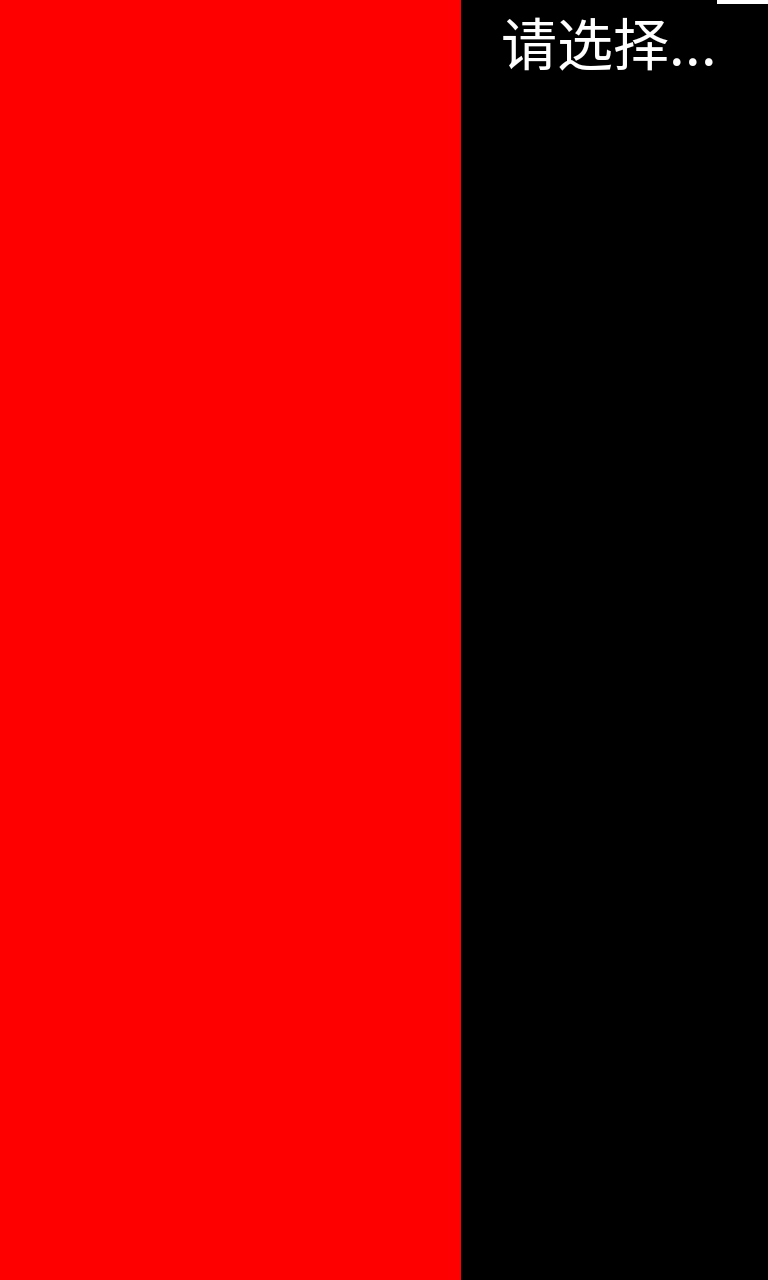
Repository: hhxiaojQCS/QCS_ListView
Layout: QCS/res/layout/activity_filter.xml
An editor plug-in stored every save of this project. The layout is shown before and after the next save, followed by the edit.
It is drawn on a 768 x 1280 px phone screen (xhdpi) without system bars, with theme AppTheme; the app's code is not run. Lists and similar views that code fills are empty.

Above is the layout before, as saved 2013-08-07 08:03:37.

### QCS/res/layout/activity_filter.xml
<?xml version="1.0" encoding="utf-8"?>
<LinearLayout xmlns:android="http://schemas.android.com/apk/res/android"
    android:id="@+id/lilay01"
    android:layout_width="fill_parent"
    android:layout_height="fill_parent"
    android:background="#000000"
    android:orientation="horizontal" >

    <LinearLayout
        android:id="@+id/lilay_filter_01"
        android:layout_width="match_parent"
        android:layout_height="match_parent"
        android:layout_weight="4"
        android:background="#FF0000"
        android:orientation="vertical" >
    </LinearLayout>

    <LinearLayout
        android:id="@+id/lilay_filter_02"
        android:layout_width="match_parent"
        android:layout_height="match_parent"
        android:layout_weight="6"
        android:orientation="vertical" >

        <LinearLayout
            android:layout_width="fill_parent"
            android:layout_height="wrap_content"
            android:background="#000000"
            android:gravity="left"
            android:orientation="horizontal"
            android:paddingLeft="20dip" >

            <TextView
                android:id="@+id/tv_01"
                android:layout_width="wrap_content"
                android:layout_height="wrap_content"
                android:text="请选择..."
                android:textColor="#FFFFFF"
                android:textSize="28sp" />

            <View
                android:layout_width="match_parent"
                android:layout_height="2dp"
                android:background="#FFFFFF" />
        </LinearLayout>

        <ListView
            android:id="@+id/lv01"
            android:layout_width="wrap_content"
            android:layout_height="wrap_content" />
    </LinearLayout>

</LinearLayout>

Loaded but not shown: QCS/res/values/styles.xml (common file); QCS/res/values-v11/styles.xml (common file); QCS/res/values-v14/styles.xml (common file)

After the next save:
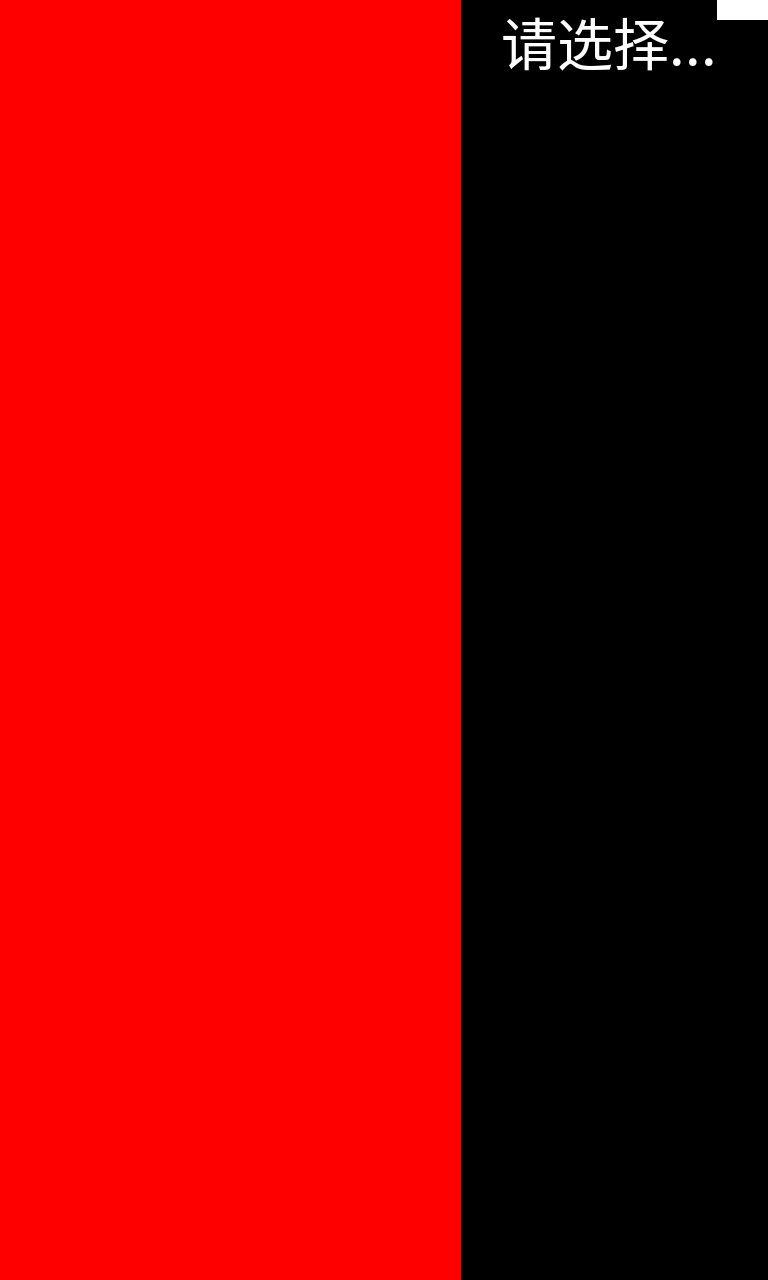
Saved 9 s later.
--- a/QCS/res/layout/activity_filter.xml
+++ b/QCS/res/layout/activity_filter.xml
@@ -40,7 +40,7 @@
 
             <View
                 android:layout_width="match_parent"
-                android:layout_height="2dp"
+                android:layout_height="10dp"
                 android:background="#FFFFFF" />
         </LinearLayout>
 
